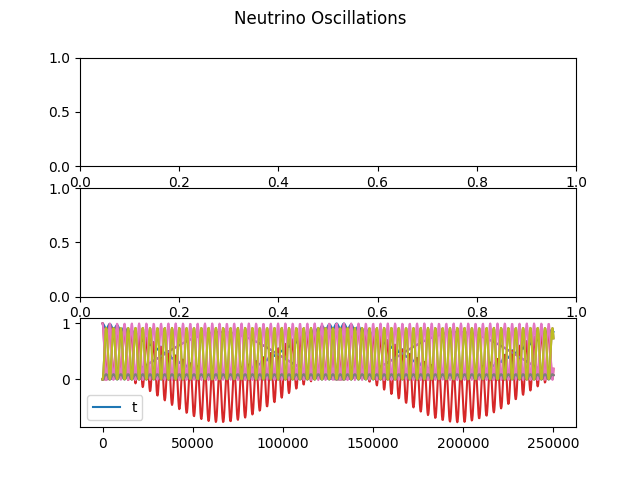
Repository: MichaelCullen2011/QuantumAndNeutrinos
Script's output: python neutrinos.py
An editor plug-in stored every save of this project. The script's output is shown before and after the next save, followed by the edit.
Random numbers start from a fixed seed.

Above is the script's output before, as saved 2021-06-02 16:32:00.

After the next save:
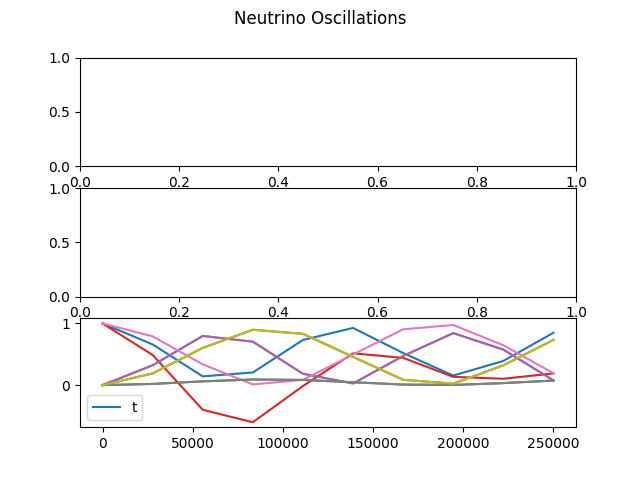
Saved 11 s later.
--- a/neutrinos.py
+++ b/neutrinos.py
@@ -67,7 +67,7 @@ class Oscillations:
 
         self.prob_neut = []
 
-        self.max_points = 1000      # Number of points
+        self.max_points = 10      # Number of points
         E = 4      # GeV
         self.L = distance    # Km
         self.x_range = np.linspace(0, self.L / E, self.max_points)
